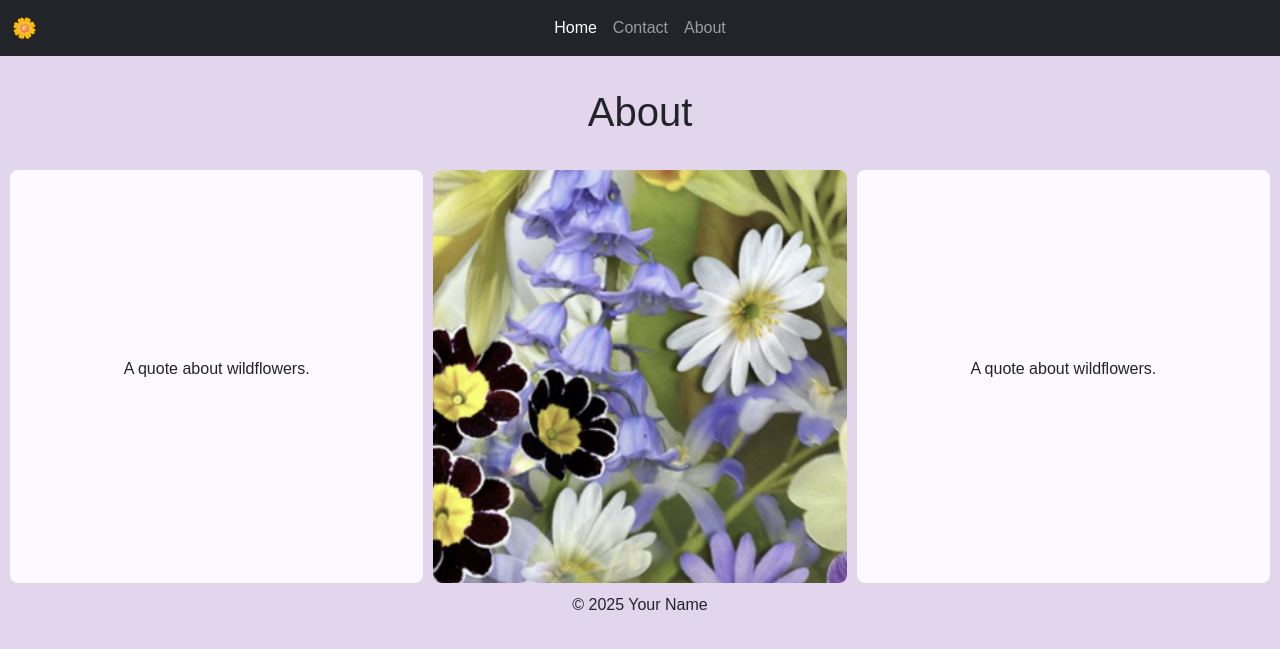
Repository: Brittany-Westlund/WebDesign
Page: FinalProject/about.html
These files come from the project's save history. The page is drawn as it stood at one moment and after the next save; the edit follows.
The browser window is 1280 px wide. The pictures show the whole page.

Above is the page before, as saved 2025-06-16 20:54:33.

### FinalProject/about.html
<!DOCTYPE html>
<html lang="en">
  <head>
    <meta charset="UTF-8">
    <meta name="viewport" content="width=device-width, initial-scale=1.0">
    <meta name="description" content="A personal website designed to showcase work, ideas, and personality.">
    <title>The title of the browser tab</title>
    <link href="https://cdn.jsdelivr.net/npm/bootstrap@5.3.0/dist/css/bootstrap.min.css" rel="stylesheet">
    <link rel="stylesheet" href="style/style.css">
    <link rel="icon" type="image/x-icon" href="images/favicon.ico">
  </head>
  <body>
   <nav class="navbar navbar-expand-lg sticky-top bg-dark" data-bs-theme="dark">
    <div class="container-fluid">
      <a class="navbar-brand" href="#">🌼</a>
        <button class="navbar-toggler ms-auto" type="button" data-bs-toggle="collapse" data-bs-target="#navbarSupportedContent" aria-controls="navbarSupportedContent" aria-expanded="false" aria-label="Toggle navigation">
          <span class="navbar-toggler-icon"></span>
    </button>
    <div class="collapse navbar-collapse" id="navbarSupportedContent">
    <ul class="navbar-nav mx-auto mb-2 mb-lg-0 align-items-end">
      <li class="nav-item">
        <a class="nav-link active" aria-current="page" href="index.html">Home</a>
      </li>
      <li class="nav-item">
        <a class="nav-link" href="contact.html">Contact</a>
      </li>
      <li class="nav-item">
        <a class="nav-link" href="about.html">About</a>
      </li> <!-- I added this entire list item to Bootstrap's default code. Add more if needed! -->
    </ul>
    </div>
  </div>
  </nav>
    <header>
      <h1>About</h1>
    </header>
    <main>

    <!-- Here is my gallery section -->
    <div class="about-gallery">
      <div class="item"><p>A quote about wildflowers.</p></div>
      <div class="item"><img src="images/wildflowers-square.png" alt="A closeup of wildflowers"></div>
      <div class="item"><p>A quote about wildflowers.</p></div>
    </div>



    </main>
    <footer>
      <p>&copy; <span id="year"></span> Your Name</p>

      <script>
      document.getElementById("year").textContent = new Date().getFullYear();
      </script>
    </footer>
    <script src="https://cdn.jsdelivr.net/npm/bootstrap@5.3.0/dist/js/bootstrap.bundle.min.js"></script>
  </body>
</html>

### FinalProject/style/style.css
.delius-regular {
  font-family: "Delius", cursive;
  font-weight: 400;
  font-style: normal;
}

body {
  background-color: #e3d6ec;
  margin: 0;
  font-family: "Delius", sans-serif;
}

.navbar-brand {
  position: absolute;
  top: 8px;
}

.carousel-item img {
  max-height: 680px;
  object-fit: cover;
  width: 100%;
}

header {
  text-align: center;
  margin-top: 2rem;
  margin-bottom: 1.5rem;
}

.gallery {
  display: grid;
  grid-template-columns: repeat(auto-fit, minmax(400px, 1fr));
  gap: 10px;
  margin: auto;
  padding: 10px;
}

.about-gallery {
  display: grid;
  grid-template-columns: repeat(auto-fit, minmax(400px, 1fr));
  gap: 10px;
  margin: auto;
  padding: 10px;
   max-height: 500px; /* adjust as needed */
  overflow-y: auto;  /* allows scroll */
}

.contact-gallery {
  display: grid;
  grid-template-columns: repeat(auto-fit, minmax(400px, 1fr));
  gap: 10px;
  margin: auto;
  padding: 10px;
}

.item {
  background-color: #fcf9ff;
  border-radius: 8px;
  aspect-ratio: 1 / 1;
  display: flex;
  justify-content: center;
}

.item img {
  padding: 0;
  width: 100%;
  height: auto; /* maintains the image's aspect ratio */
  display: block; /* clears any space after the image */
  border-radius: 8px;

}

.item p {
  text-align: center;
  display: flex;
  align-items: center;
}

footer {
  text-align: center;
}









@media (max-width: 600px) {
  /* Styles for mobile screens */
}

@media (min-width: 600px) and (max-width: 1024px) {
  /* Styles for tablets */
}

After the next save:
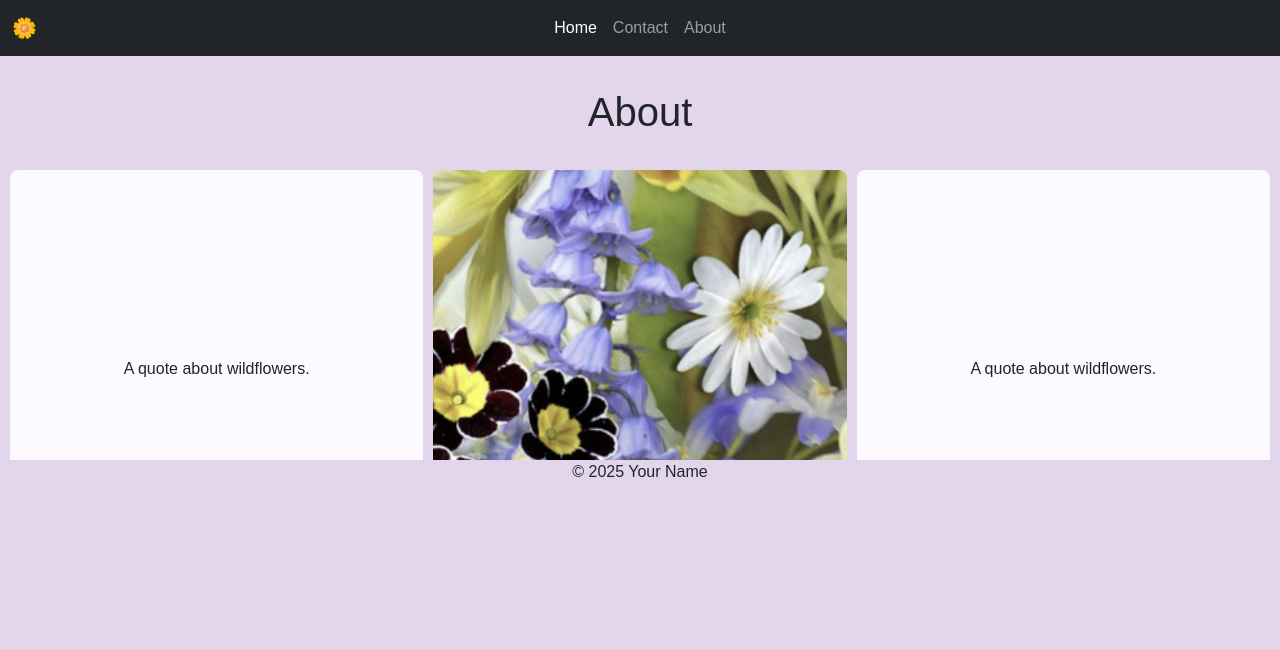
Saved 12 s later.
--- a/FinalProject/style/style.css
+++ b/FinalProject/style/style.css
@@ -41,7 +41,7 @@ header {
   gap: 10px;
   margin: auto;
   padding: 10px;
-   max-height: 500px; /* adjust as needed */
+   max-height: 300px; /* adjust as needed */
   overflow-y: auto;  /* allows scroll */
 }
 
